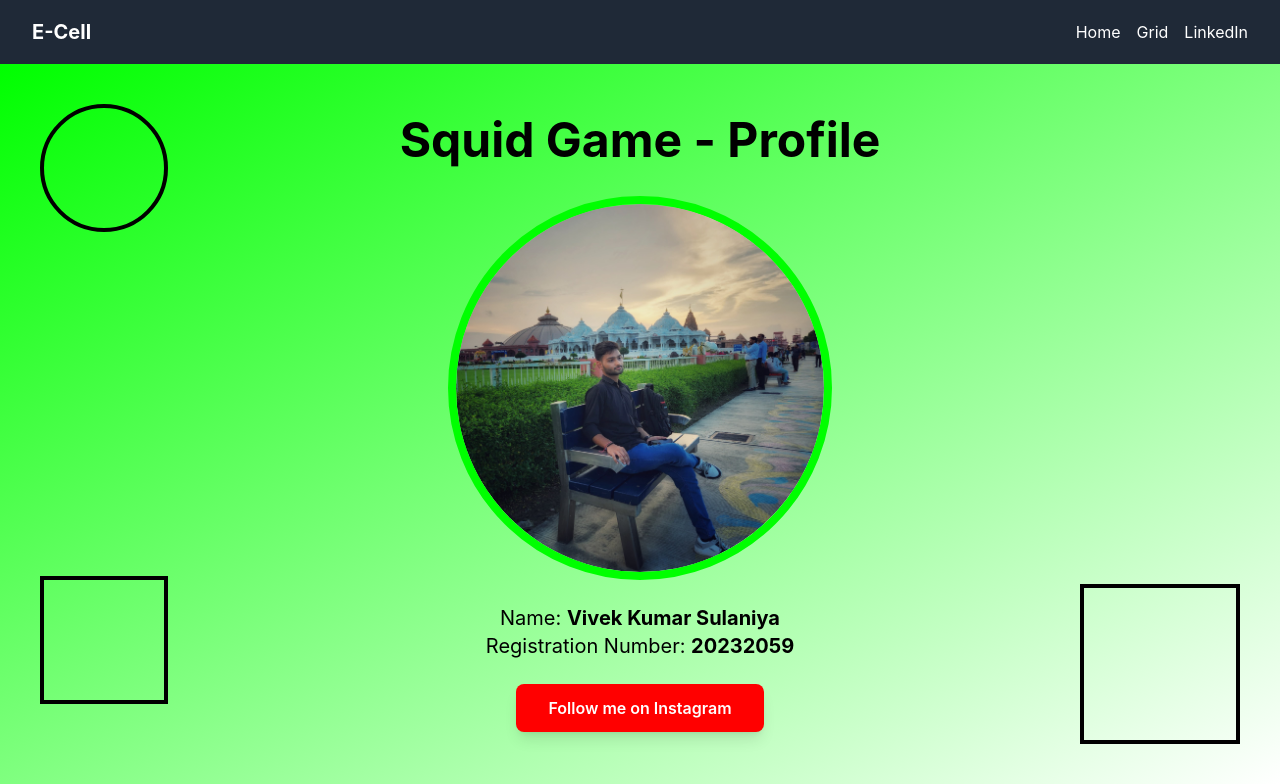
Repository: Vivek300705/Dashboard
Page: /second-page
The author's editor kept a copy of each file at every save. The page is drawn from the files as they stood at one save, then again after the next save.
The browser window is 1280 px wide. The pictures show the whole page.
The project was rebuilt for these pictures with package versions that can differ from the ones it lists, and the page was loaded fresh each time. Also part of the build but not shown: src/components/Home.js.

Above is the page before, as saved 2025-01-22 23:16:03.

After the next save:
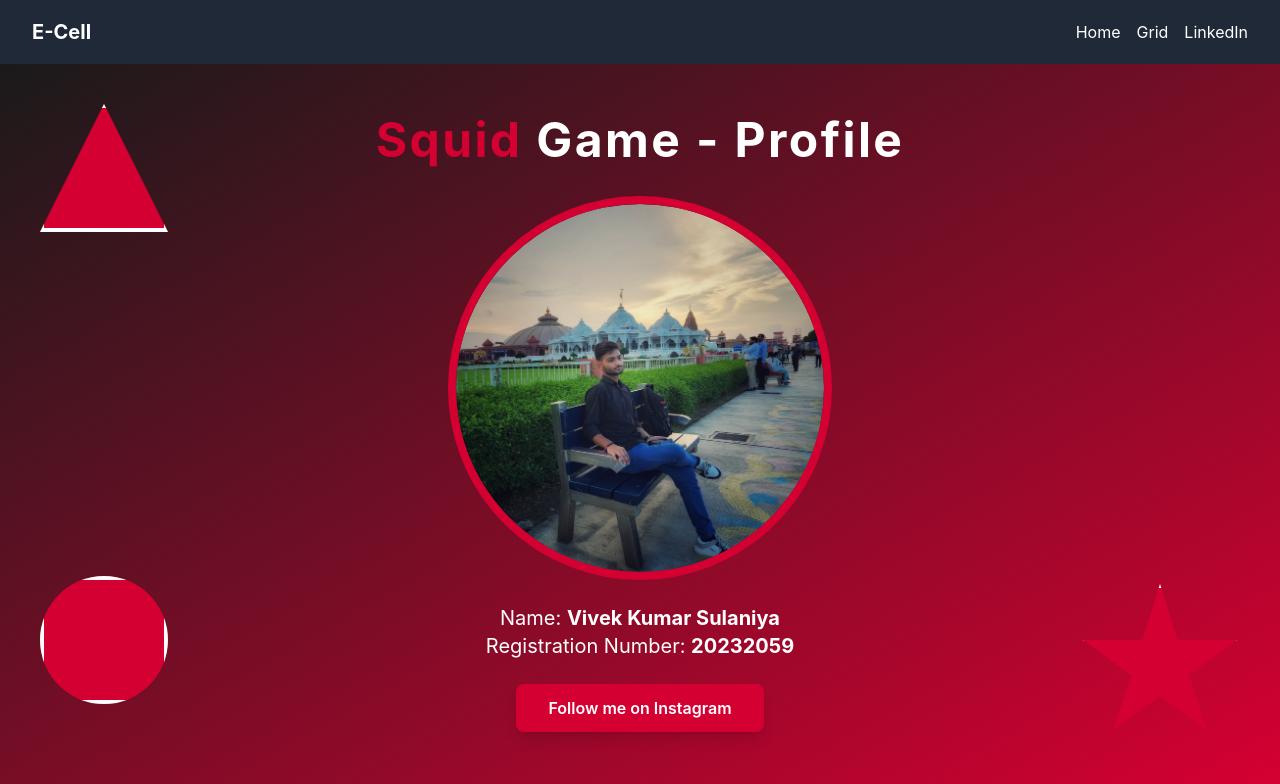
Saved 2 min 11 s later.
--- a/src/components/Profile.js
+++ b/src/components/Profile.js
@@ -6,14 +6,14 @@
   };
 
   return (
-    <div className="min-h-screen flex flex-col items-center justify-center bg-gradient-to-br from-[#00FF00] to-[#FFFFFF] text-black relative">
+    <div className="min-h-screen flex flex-col items-center justify-center bg-gradient-to-br from-[#1A1A1A] to-[#D50032] text-white relative">
       {/* Squid Game Style Header */}
-      <div className="text-5xl font-bold mb-8 text-center">
-        Squid Game - Profile
+      <div className="text-5xl font-bold mb-8 text-center tracking-wider">
+        <span className="text-[#D50032]">Squid</span> Game - Profile
       </div>
 
       {/* Profile Picture Holder */}
-      <div className="w-60 h-60 sm:w-72 sm:h-72 md:w-80 md:h-80 lg:w-96 lg:h-96 rounded-full overflow-hidden border-8 border-[#00FF00] mb-6">
+      <div className="w-60 h-60 sm:w-72 sm:h-72 md:w-80 md:h-80 lg:w-96 lg:h-96 rounded-full overflow-hidden border-8 border-[#D50032] mb-6">
         <img
           src="/profile.jpeg" // Replace with your actual profile image path
           alt="Profile"
@@ -34,7 +34,7 @@
       {/* Instagram Button */}
       <button
         onClick={redirectToInstagram}
-        className="bg-[#FF0000] hover:bg-[#CC0000] text-white font-semibold py-3 px-8 rounded-lg shadow-lg transition duration-300 transform hover:scale-105"
+        className="bg-[#D50032] hover:bg-[#A10026] text-white font-semibold py-3 px-8 rounded-lg shadow-lg transition duration-300 transform hover:scale-105"
         aria-label="Follow me on Instagram"
       >
         Follow me on Instagram
@@ -42,13 +42,28 @@
 
       {/* Squid Game Shapes */}
       <div className="absolute top-10 left-10 hidden sm:block">
-        <div className="w-32 h-32 bg-transparent border-4 border-black rounded-full animate-pulse transition-transform duration-300 transform hover:scale-110"></div>
+        <div
+          className="w-32 h-32 bg-[#D50032] border-4 border-[#FFFFFF] transition-transform duration-300 transform hover:scale-110"
+          style={{
+            clipPath: "polygon(50% 0%, 100% 100%, 0% 100%)", // Triangle shape
+          }}
+        ></div>
       </div>
       <div className="absolute bottom-10 right-10 hidden sm:block">
-        <div className="w-40 h-40 bg-transparent border-4 border-black border-solid transition-transform duration-300 transform hover:scale-110"></div>
+        <div
+          className="w-40 h-40 bg-[#D50032] border-4 border-[#FFFFFF] transition-transform duration-300 transform hover:scale-110"
+          style={{
+            clipPath: "polygon(50% 0%, 61% 35%, 98% 35%, 68% 57%, 79% 91%, 50% 70%, 21% 91%, 32% 57%, 2% 35%, 39% 35%)", // Star shape
+          }}
+        ></div>
       </div>
       <div className="absolute bottom-20 left-10 hidden sm:block">
-        <div className="w-32 h-32 bg-transparent border-4 border-black transition-transform duration-300 transform hover:scale-110"></div>
+        <div
+          className="w-32 h-32 bg-[#D50032] border-4 border-[#FFFFFF] transition-transform duration-300 transform hover:scale-110"
+          style={{
+            clipPath: "ellipse(50% 50% at 50% 50%)", // Ellipse shape
+          }}
+        ></div>
       </div>
     </div>
   );
